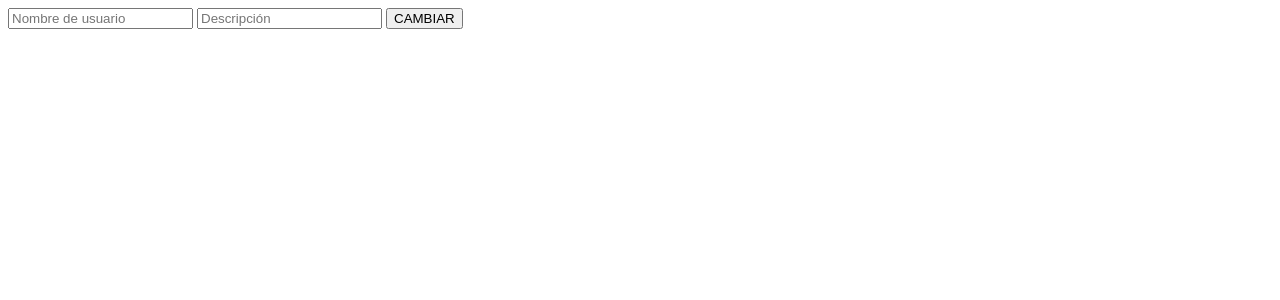
Repository: UNIZAR-30226-2020-06/PS-BackendGroup
Page: http://localhost/Espotify/modinfo.jsp
These files come from the project's save history. The page is drawn as it stood at one moment and after the next save; the edit follows.
The browser window is 1280 px wide. The pictures show the whole page.
The page is served by Tomcat 9.

Above is the page before, as saved 2020-03-22 00:49:14.

After the next save:
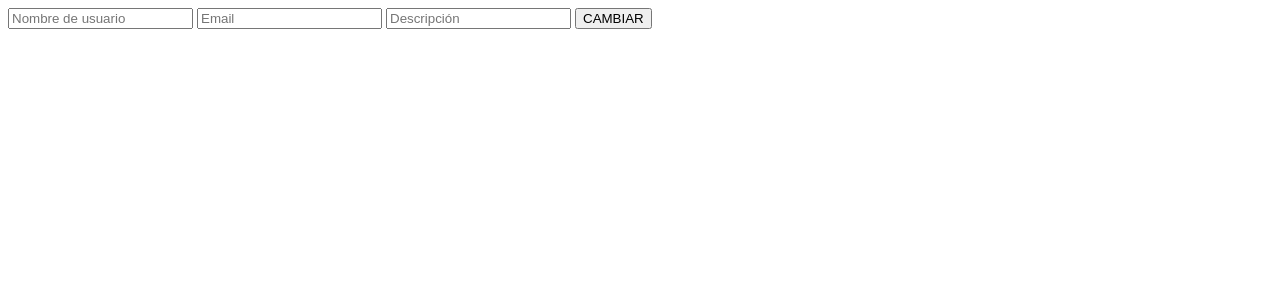
Saved 66 s later.
--- a/eclipse-espotify/Espotify/WebContent/modinfo.jsp
+++ b/eclipse-espotify/Espotify/WebContent/modinfo.jsp
@@ -2,6 +2,7 @@
 <BODY>
 	<form action="modinfo" method="post">
 		<input type="text" name="nombre" placeholder="Nombre de usuario" required="">
+		<input type="email" name="email" placeholder="Email" required="">
 		<input type="text" name="descripcion" placeholder="Descripción" required="">
 
 		<input type="submit" value="CAMBIAR">
